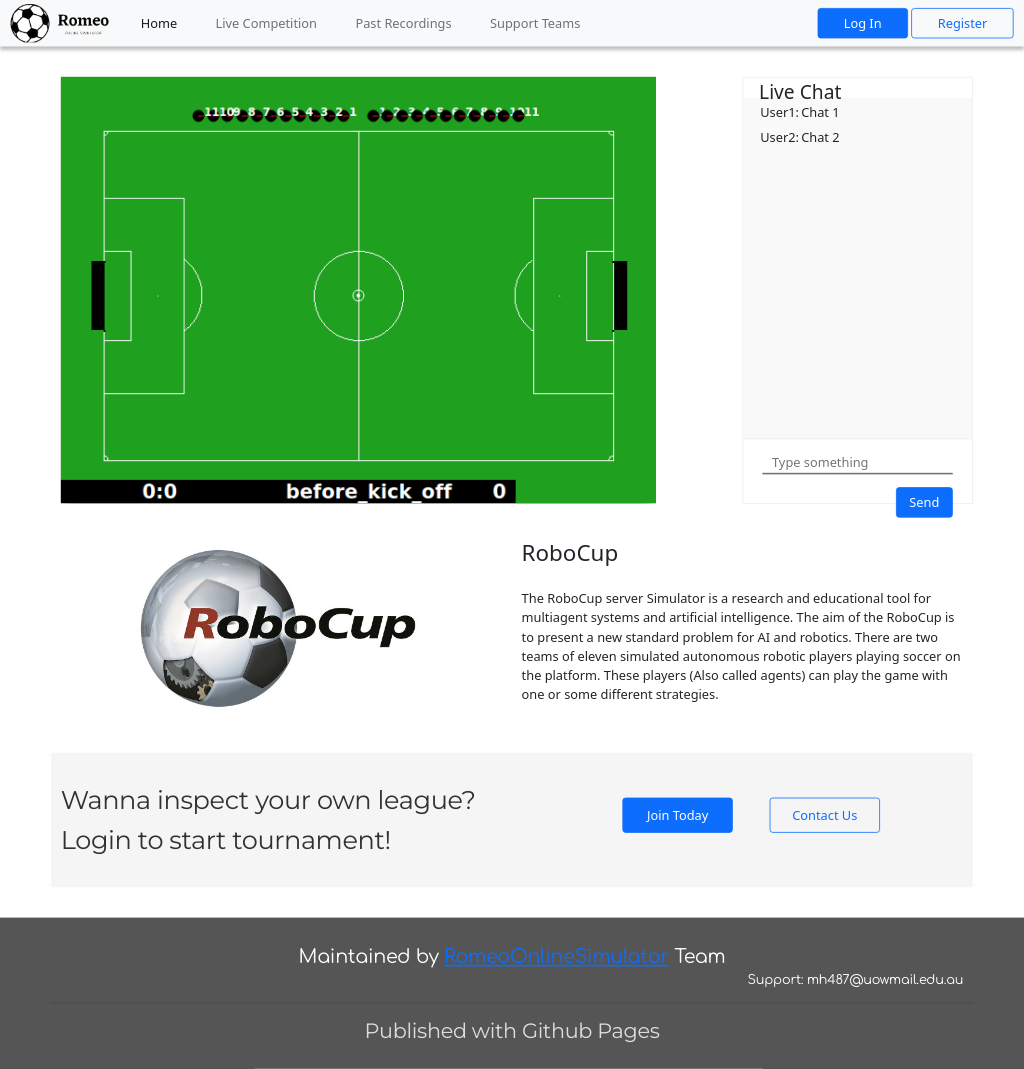
Repository: romeoonlinesim/romeoonlinesim.github.io
Page: competition.html
An editor plug-in stored every save of this project. The page is shown before and after the next save, followed by the edit.
The browser window is 1280 px wide. The pictures show the whole page, at 80% of full size.

Above is the page before, as saved 2021-05-19 22:03:26.

After the next save:
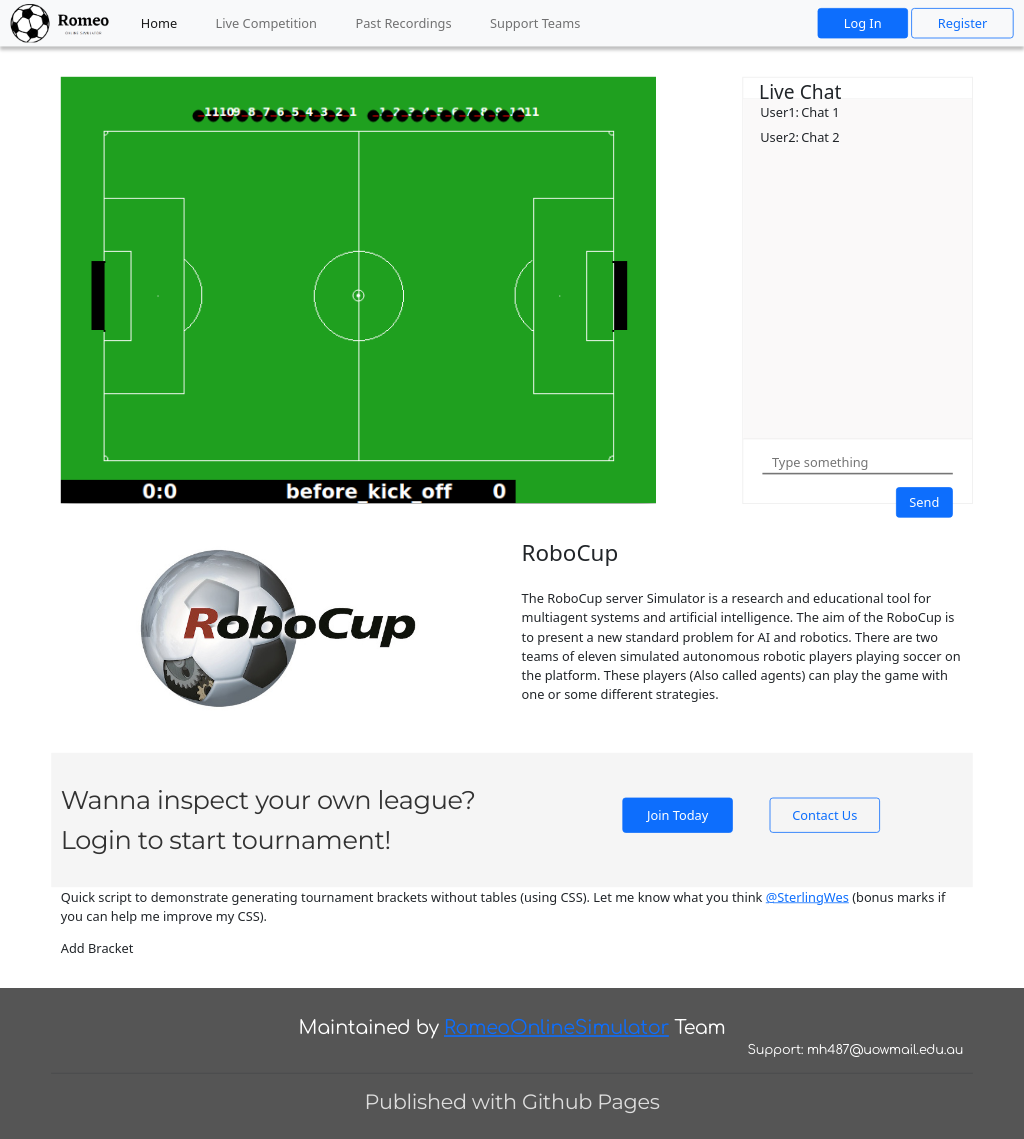
Saved 5 min 26 s later.
--- a/competition.html
+++ b/competition.html
@@ -269,6 +269,11 @@
                 <button type="button" class="btn btn-outline-primary col-lg-3">Contact Us</button>
             </div>
         </div>
+
+        <p>Quick script to demonstrate generating tournament brackets without tables (using CSS). Let me know what you think <a href="http://twitter.com/sterlingwes">@SterlingWes</a> (bonus marks if you can help me improve my CSS).</p>
+		<div id="add" class="metroBtn">Add Bracket</div>
+		<div class="brackets" id="brackets">
+		</div>
     </div>
 
     <div class="footer">
